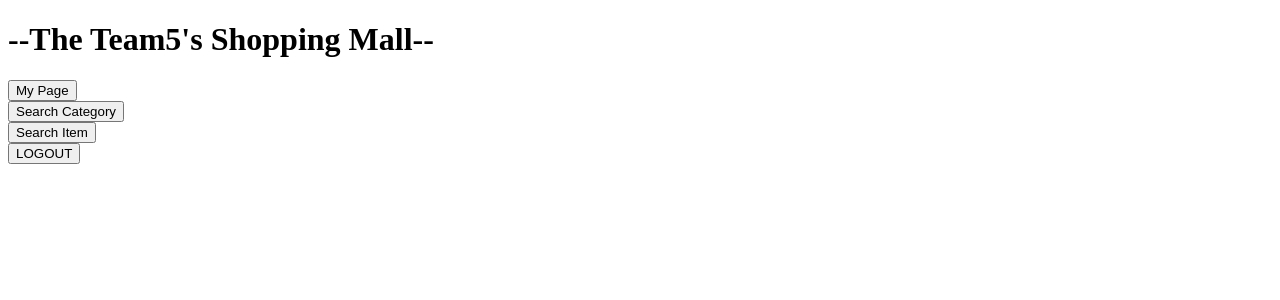
Repository: MIR013/KNU_DB_Project_Team5
Page: http://localhost/Databaase/main_page.jsp
The author's editor kept a copy of each file at every save. The page is drawn from the files as they stood at one save, then again after the next save.
The browser window is 1280 px wide. The pictures show the whole page.
The page is served by Tomcat 9. Nobody is signed in. The application's start-up code is not run. Queries for data that is not in the repository find no rows.

Above is the page before, as saved 2018-11-15 12:06:20.

After the next save:
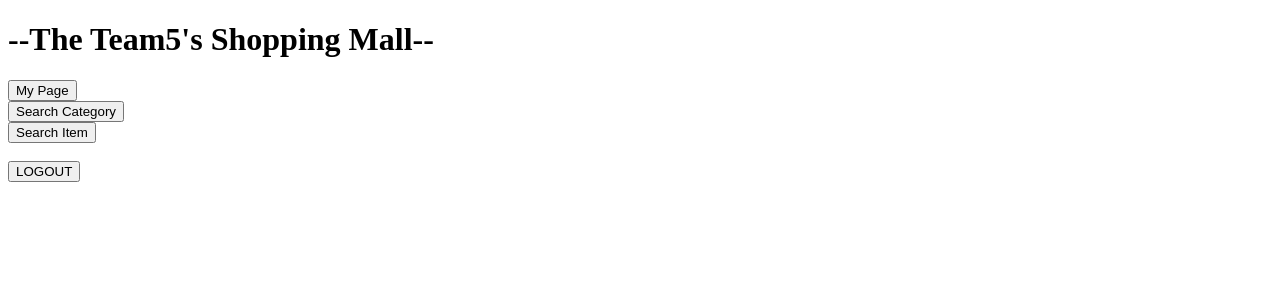
Saved 17 s later.
--- a/dbphase/Databaase/WebContent/main_page.jsp
+++ b/dbphase/Databaase/WebContent/main_page.jsp
@@ -58,6 +58,7 @@ conn.setAutoCommit(false);
 
 %>
 <%
+out.print("</br>");
 String nextpage = "<form action=\"log_out.jsp\" method=\"POST\">" +
 			"<input type=\"submit\" value=\"LOGOUT\"/>" +
 			"</form>";
